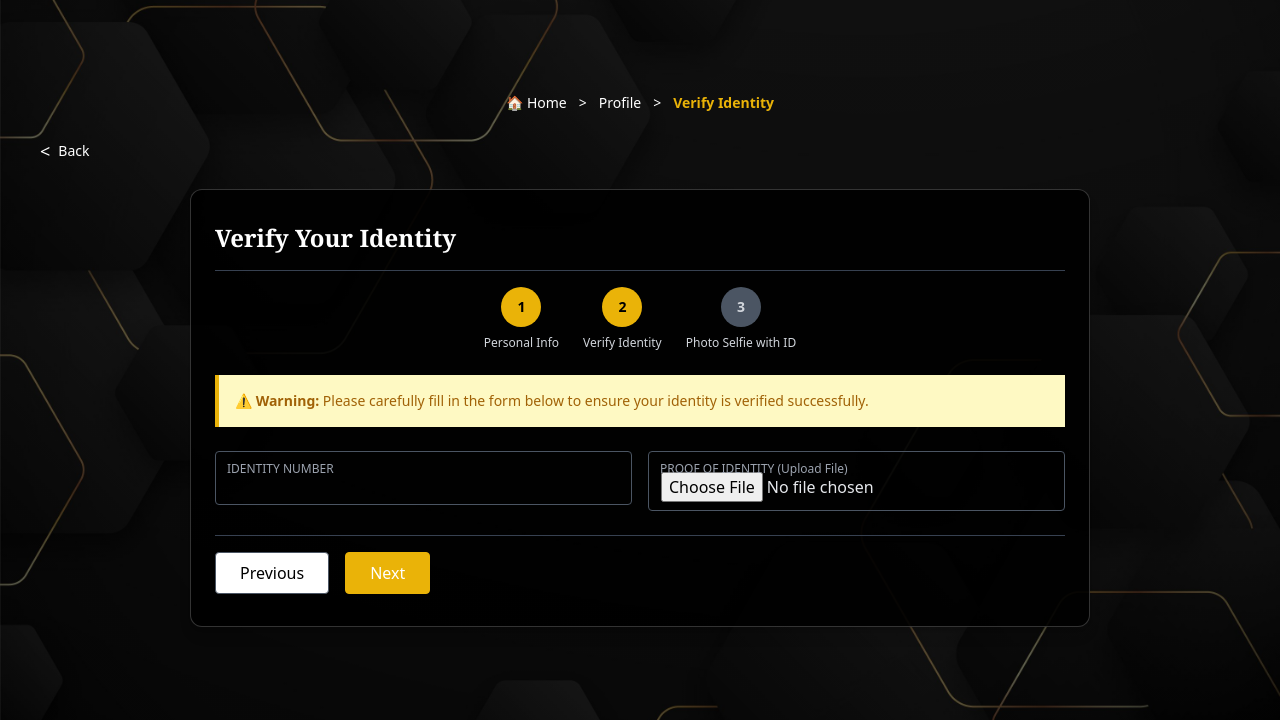
Repository: gloriousnetworker/onestep-authentication-system
Page: /verify-kyc
An editor plug-in stored every save of this project. The page is shown before and after the next save, followed by the edit.
The browser window is 1280 px wide. The pictures show the whole page.
The project was rebuilt for these pictures with package versions that can differ from the ones it lists, and the page was loaded fresh each time. Also part of the build but not shown: vite.config.js, src/pages/LoginPage.jsx, src/pages/SignupPage.jsx, src/pages/GrantAccess.jsx, src/pages/GrantAccessSignup.jsx, src/pages/OTPVerificationPage.jsx, src/pages/OTPVerificationSignup.jsx, src/pages/AccountSetupPage.jsx and 7 more.

Above is the page before, as saved 2025-01-17 15:16:20.

### index.html
<!doctype html>
<html lang="en">
  <head>
    <meta charset="UTF-8" />
    <link rel="icon" type="image/svg+xml" href="/digitalfingerprint.png" />
    <meta name="viewport" content="width=device-width, initial-scale=1.0" />
    <title>ONESTEP</title>
  </head>
  <body>
    <div id="root"></div>
    <script type="module" src="/src/main.jsx"></script>
  </body>
</html>

### src/App.jsx
import { BrowserRouter as Router, Routes, Route } from 'react-router-dom';
import { useState } from 'react';  // Import useState to manage notification state
import LoginPage from './pages/LoginPage';
import SignupPage from './pages/SignupPage';
import GrantAccess from './pages/GrantAccess';
import GrantAccessSignup from './pages/GrantAccessSignup';
import OTPVerificationPage from './pages/OTPVerificationPage';
import OTPVerificationSignupPage from './pages/OTPVerificationSignup';
import AccountSetupPage from './pages/AccountSetupPage';
import PasswordPage from './pages/PasswordPage';
import PasscodeSetupPage from './pages/PasscodeSetupPage';
import KYCAmlSetupPage from './pages/KYCSetupPage';
import VerifyIdentityPage from './pages/VerifyIdentityPage';
import DashboardPage from './pages/DashboardPage';
import BiometricsLoginPage from './pages/BiometricLoginPage';
import BiometricsRegistrationPage from './pages/BiometricsSetupPage';
import NotificationPopup from './components/NotificationPopup';  // Import NotificationPopup
import PhotoSelfieWithIDPage from './pages/PhotoSelfieWithIdPage';

function App() {
  // State for managing notification
  const [notification, setNotification] = useState({
    message: "",
    type: "",
  });

  // Function to trigger notification
  const showNotification = (message, type) => {
    setNotification({ message, type });
    // Automatically clear notification after 3 seconds
    setTimeout(() => setNotification({ message: "", type: "" }), 3000);
  };

  return (
    <Router>
      {/* Notification Popup */}
      <NotificationPopup
        message={notification.message}
        type={notification.type}
        onClose={() => setNotification({ message: "", type: "" })}
      />

      <Routes>
        <Route path="/" element={<LoginPage showNotification={showNotification} />} />
        <Route path="/sign-up" element={<SignupPage showNotification={showNotification} />} />
        <Route path="/grant-access" element={<GrantAccess showNotification={showNotification} />} />
        <Route path="/grant-access-signup" element={<GrantAccessSignup showNotification={showNotification} />} />
        <Route path="/otp-verification" element={<OTPVerificationPage showNotification={showNotification} />} />
        <Route path="/otp-verification-signup" element={<OTPVerificationSignupPage showNotification={showNotification} />} />
        <Route path="/account-setup" element={<AccountSetupPage showNotification={showNotification} />} />
        <Route path="/password" element={<PasswordPage showNotification={showNotification} />} />
        <Route path="/passcode" element={<PasscodeSetupPage showNotification={showNotification} />} />
        <Route path="/biometrics-setup" element={<BiometricsRegistrationPage showNotification={showNotification} />} />
        <Route path="/biometrics-login" element={<BiometricsLoginPage showNotification={showNotification} />} />
        <Route path="/kyc-setup" element={<KYCAmlSetupPage showNotification={showNotification} />} />
        <Route path="/verify-kyc" element={<VerifyIdentityPage showNotification={showNotification} />} />
        <Route path="/photo-verification" element={<PhotoSelfieWithIDPage showNotification={showNotification} />} />
        <Route path="/dashboard" element={<DashboardPage showNotification={showNotification} />} />
      </Routes>
    </Router>
  );
}

export default App;

### src/pages/VerifyIdentityPage.jsx
import React, { useState } from "react";
import { useNavigate } from "react-router-dom";

const VerifyIdentityPage = () => {
  const navigate = useNavigate();
  const [formData, setFormData] = useState({
    identityNumber: "",
    identityProof: "", // Optional - File upload for proof of identity
  });
  const [error, setError] = useState({
    identityNumber: "",
    identityProof: "",
  });

  const handleInputChange = (e) => {
    const { name, value } = e.target;
    setFormData({ ...formData, [name]: value });
  };

  const handleFileChange = (e) => {
    const { name, files } = e.target;
    setFormData({ ...formData, [name]: files[0] });
  };

  const handleSubmit = (e) => {
    e.preventDefault();
    // Clear previous errors
    setError({ identityNumber: "", identityProof: "" });

    // Validation
    if (!formData.identityNumber) {
      setError((prevState) => ({
        ...prevState,
        identityNumber: "Identity Number is required",
      }));
    }

    if (!formData.identityProof) {
      setError((prevState) => ({
        ...prevState,
        identityProof: "Proof of Identity is required",
      }));
    }

    if (formData.identityNumber && formData.identityProof) {
      // After successful validation, navigate to the next page
      navigate("/photo-verification");
    }
  };

  return (
    <div
      className="relative bg-cover bg-center min-h-screen flex flex-col justify-center"
      style={{
        backgroundImage:
          "linear-gradient(rgba(0, 0, 0, 0.6), rgba(0, 0, 0, 0.6)), url('/background.jpg')",
      }}
    >
      {/* Breadcrumb Navigation */}
      <div className="text-white text-sm flex items-center gap-2 justify-center mb-4">
        <span
          className="flex items-center gap-1 cursor-pointer"
          onClick={() => navigate("/")}
        >
          <span>🏠</span>
          <span>Home</span>
        </span>
        <span className="mx-1">{">"}</span>
        <span className="flex items-center gap-1 cursor-pointer">
          <span>Profile</span>
        </span>
        <span className="mx-1">{">"}</span>
        <span className="text-yellow-500 font-semibold">Verify Identity</span>
      </div>

      {/* Back Button */}
      <div
        className="text-white text-sm flex items-center gap-2 cursor-pointer mb-6 lg:ml-10 lg:mt-2"
        onClick={() => navigate(-1)}
      >
        <span className="text-lg">{"<"}</span>
        <span>Back</span>
      </div>

      {/* Card and Content */}
      <div className="w-full max-w-[900px] mx-auto px-6 py-8 bg-black bg-opacity-90 border border-white border-opacity-20 rounded-xl shadow-lg relative">
        {/* Header */}
        <h1 className="text-white text-xl sm:text-2xl font-bold mb-4 font-serif text-center sm:text-left">
          Verify Your Identity
        </h1>

        <hr className="border-gray-700 mb-4" />

        {/* Step Info */}
        <div className="flex justify-center items-center gap-6 mb-6">
          <div className="flex flex-col items-center">
            <div className="w-10 h-10 flex items-center justify-center rounded-full bg-yellow-500 text-black text-sm font-semibold">
              1
            </div>
            <p className="text-xs text-gray-300 mt-2">Personal Info</p>
          </div>
          <div className="flex flex-col items-center">
            <div className="w-10 h-10 flex items-center justify-center rounded-full bg-yellow-500 text-black text-sm font-semibold">
              2
            </div>
            <p className="text-xs text-gray-300 mt-2">Verify Identity</p>
          </div>
          <div className="flex flex-col items-center">
            <div className="w-10 h-10 flex items-center justify-center rounded-full bg-gray-600 text-gray-300 text-sm font-semibold">
              3
            </div>
            <p className="text-xs text-gray-300 mt-2">Photo Selfie with ID</p>
          </div>
        </div>

        {/* Warning */}
        <div className="bg-yellow-100 border-l-4 border-yellow-500 text-yellow-700 p-4 mb-6">
          <p className="text-sm">
            <span className="font-bold">⚠ Warning:</span> Please carefully fill in the form below to ensure your identity is verified successfully.
          </p>
        </div>

        {/* Form */}
        <form onSubmit={handleSubmit}>
          <div className="grid grid-cols-1 sm:grid-cols-2 gap-4 mb-6">
            {/* Identity Number */}
            <div className="relative">
              <input
                type="text"
                name="identityNumber"
                className="peer w-full bg-transparent border border-gray-600 rounded px-3 pt-5 pb-2 text-gray-200 outline-none focus:border-blue-500"
                value={formData.identityNumber}
                onChange={handleInputChange}
              />
              <label className="absolute left-3 top-2.5 text-gray-400 text-xs transition-all peer-placeholder-shown:top-5 peer-placeholder-shown:text-sm peer-placeholder-shown:text-gray-600 peer-focus:top-2.5 peer-focus:text-xs peer-focus:text-blue-500">
                IDENTITY NUMBER
              </label>
              {error.identityNumber && (
                <span className="text-red-500 text-xs">{error.identityNumber}</span>
              )}
            </div>

            {/* Identity Proof (File Upload) */}
            <div className="relative">
              <input
                type="file"
                name="identityProof"
                className="peer w-full bg-transparent border border-gray-600 rounded px-3 pt-5 pb-2 text-gray-200 outline-none focus:border-blue-500"
                onChange={handleFileChange}
              />
              <label className="absolute left-3 top-2.5 text-gray-400 text-xs transition-all peer-placeholder-shown:top-5 peer-placeholder-shown:text-sm peer-placeholder-shown:text-gray-600 peer-focus:top-2.5 peer-focus:text-xs peer-focus:text-blue-500">
                PROOF OF IDENTITY (Upload File)
              </label>
              {error.identityProof && (
                <span className="text-red-500 text-xs">{error.identityProof}</span>
              )}
            </div>
          </div>

          <hr className="border-gray-700 mb-4" />

          {/* Previous and Next Buttons */}
          <div className="flex gap-4">
            <button className="w-full sm:w-auto bg-white text-black border border-gray-600 rounded px-6 py-2 hover:bg-gray-200 focus:outline-none">
              Previous
            </button>
            <button
              type="submit"
              className="w-full sm:w-auto bg-yellow-500 text-white border border-yellow-500 rounded px-6 py-2 hover:bg-yellow-400 focus:outline-none"
            >
              Next
            </button>
          </div>
        </form>
      </div>
    </div>
  );
};

export default VerifyIdentityPage;

### src/components/NotificationPopup.jsx
import React from "react";

const NotificationPopup = ({ message, type, onClose }) => {
  // Define alert styles based on the type
  const typeStyles = {
    success: "bg-green-500 text-white",
    error: "bg-red-500 text-white",
    warning: "bg-yellow-500 text-black",
    info: "bg-blue-500 text-white",
  };

  return (
    <div
      className={`fixed top-4 right-4 w-[300px] sm:w-[400px] p-4 rounded-md shadow-lg transition-transform transform ${
        message ? "scale-100" : "scale-0"
      } ${typeStyles[type] || "bg-gray-500 text-white"}`}
    >
      <div className="flex justify-between items-center">
        {/* Message Content */}
        <span className="text-sm sm:text-base">{message}</span>

        {/* Close Button */}
        <button
          onClick={onClose}
          className="ml-4 text-lg font-bold hover:text-opacity-80"
          aria-label="Close notification"
        >
          &times;
        </button>
      </div>
    </div>
  );
};

export default NotificationPopup;

### tailwind.config.js
module.exports = {
  content: [
    "./index.html",
    "./src/**/*.{js,jsx,ts,tsx}",
  ],
  theme: {
    extend: {
      fontFamily: {
        'times': ['Times New Roman', 'serif'],
      },
    },
  },
  plugins: [],
};

Loaded but not shown: src/main.jsx (common file); src/index.css (common file)

After the next save:
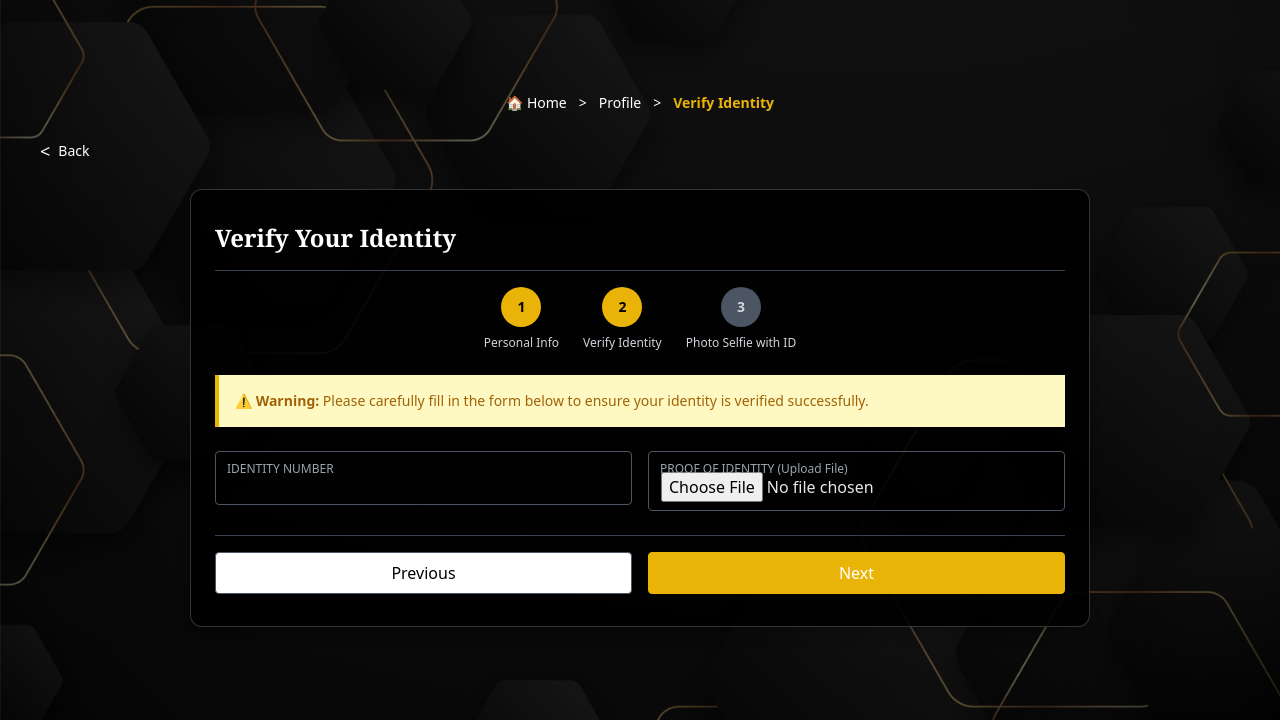
Saved 3 min 40 s later.
--- a/src/pages/VerifyIdentityPage.jsx
+++ b/src/pages/VerifyIdentityPage.jsx
@@ -160,17 +160,21 @@ const VerifyIdentityPage = () => {
           <hr className="border-gray-700 mb-4" />
 
           {/* Previous and Next Buttons */}
-          <div className="flex gap-4">
-            <button className="w-full sm:w-auto bg-white text-black border border-gray-600 rounded px-6 py-2 hover:bg-gray-200 focus:outline-none">
-              Previous
-            </button>
-            <button
-              type="submit"
-              className="w-full sm:w-auto bg-yellow-500 text-white border border-yellow-500 rounded px-6 py-2 hover:bg-yellow-400 focus:outline-none"
-            >
-              Next
-            </button>
-          </div>
+<div className="flex gap-4 justify-center">
+  <button
+    className="w-1/2 bg-white text-black border border-gray-600 rounded px-6 py-2 hover:bg-gray-200 focus:outline-none"
+    onClick={() => navigate(-1)} // Navigate to the previous page
+  >
+    Previous
+  </button>
+  <button
+    type="submit"
+    className="w-1/2 bg-yellow-500 text-white border border-yellow-500 rounded px-6 py-2 hover:bg-yellow-400 focus:outline-none"
+  >
+    Next
+  </button>
+</div>
+
         </form>
       </div>
     </div>
